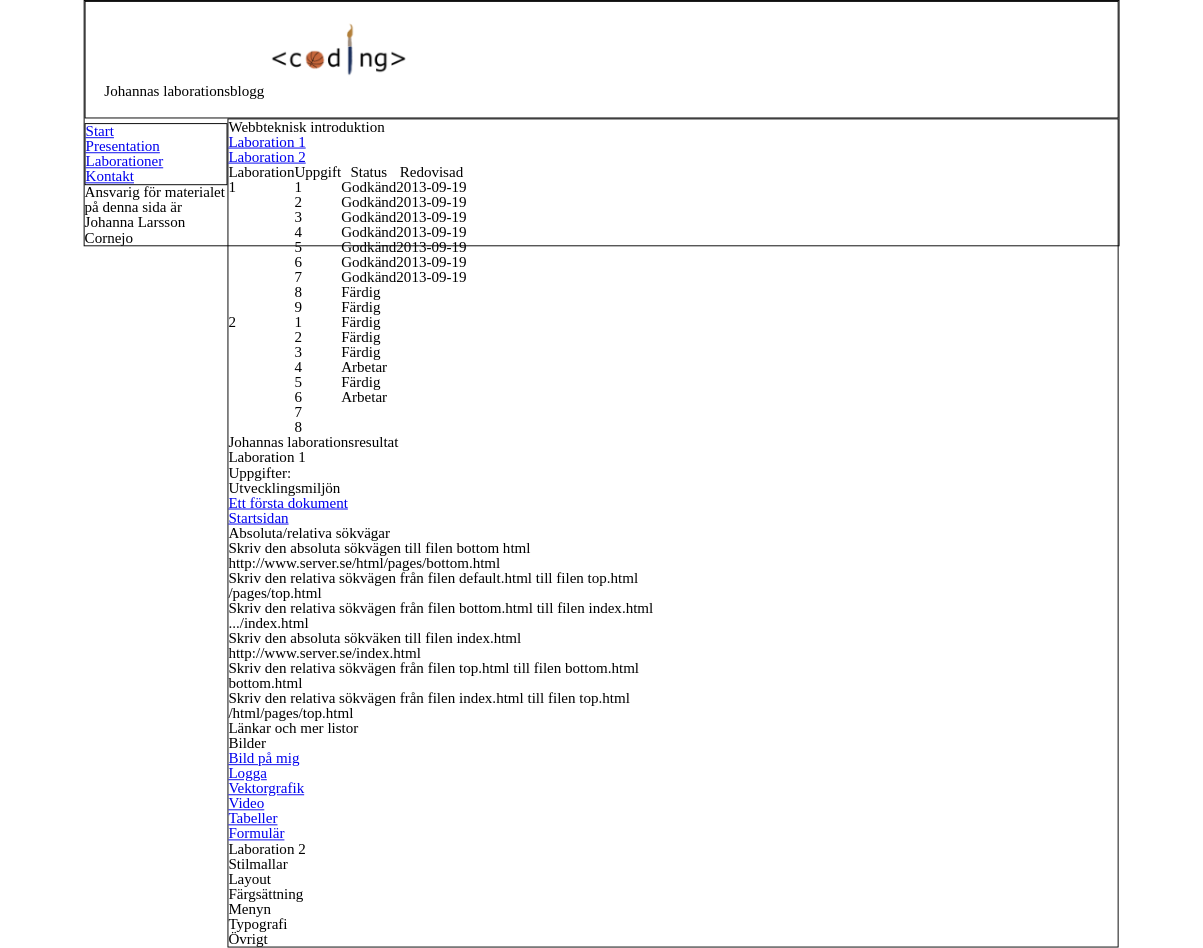
Repository: jc222fi/1ik415-laborationer
Page: pages/laborationer.html
The author's editor kept a record of every edit. The page is drawn from the files as they stood at one moment, then again after the next edit.
The browser window is 1280 px wide. The pictures show the whole page, at 94% of full size.

Above is the page before.

After the next edit:
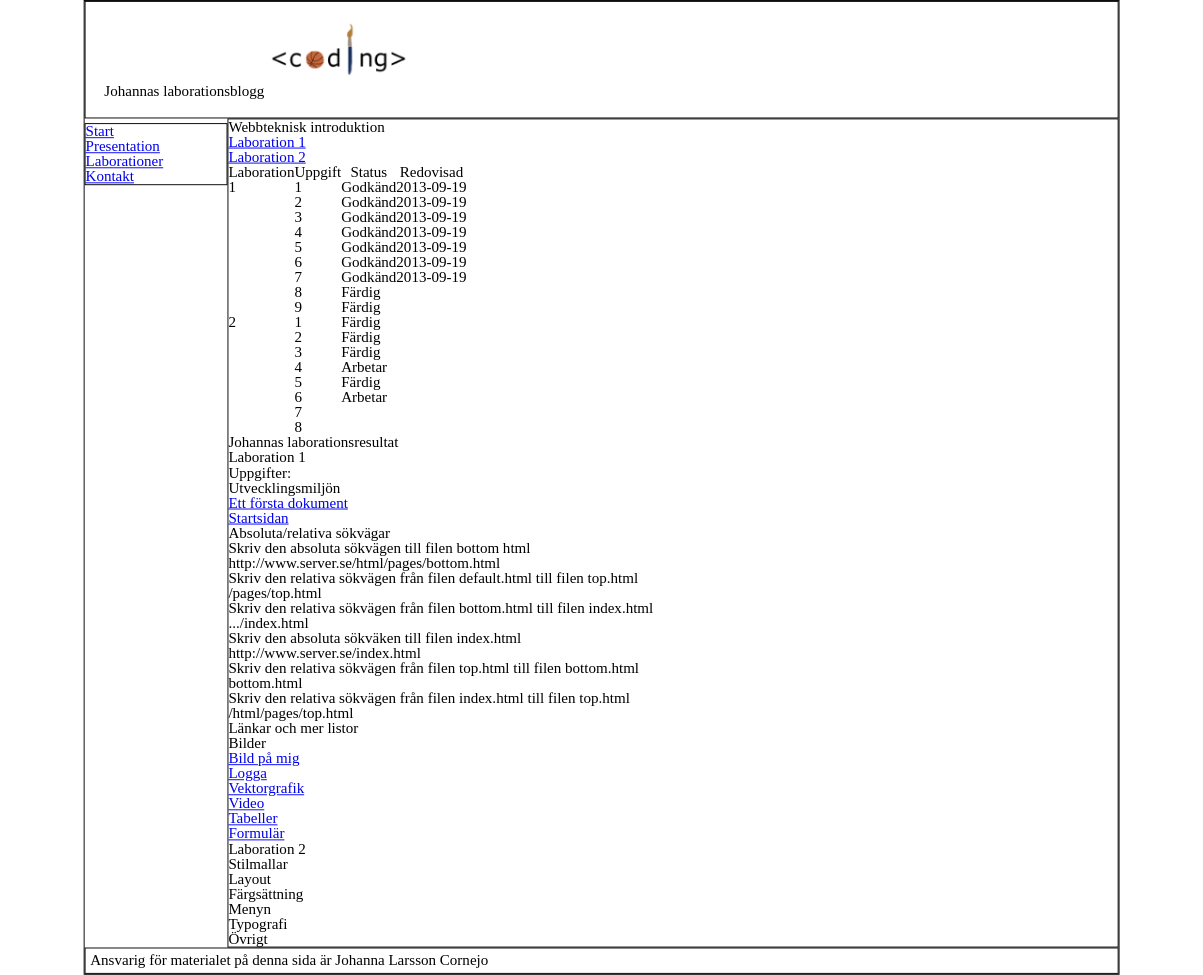
The edit:
--- a/pages/laborationer.html
+++ b/pages/laborationer.html
@@ -171,9 +171,11 @@
             <li>Övrigt</li>
         </ol>
         </div>
-        <footer class="footer">
-        <p>Ansvarig för materialet på denna sida är Johanna Larsson Cornejo</p>
-        </footer>
+        <div id="footer">
+            <footer>
+                <p>Ansvarig för materialet på denna sida är Johanna Larsson Cornejo</p>
+            </footer>
+        </div>
     </div>
     </body>
 </html>
